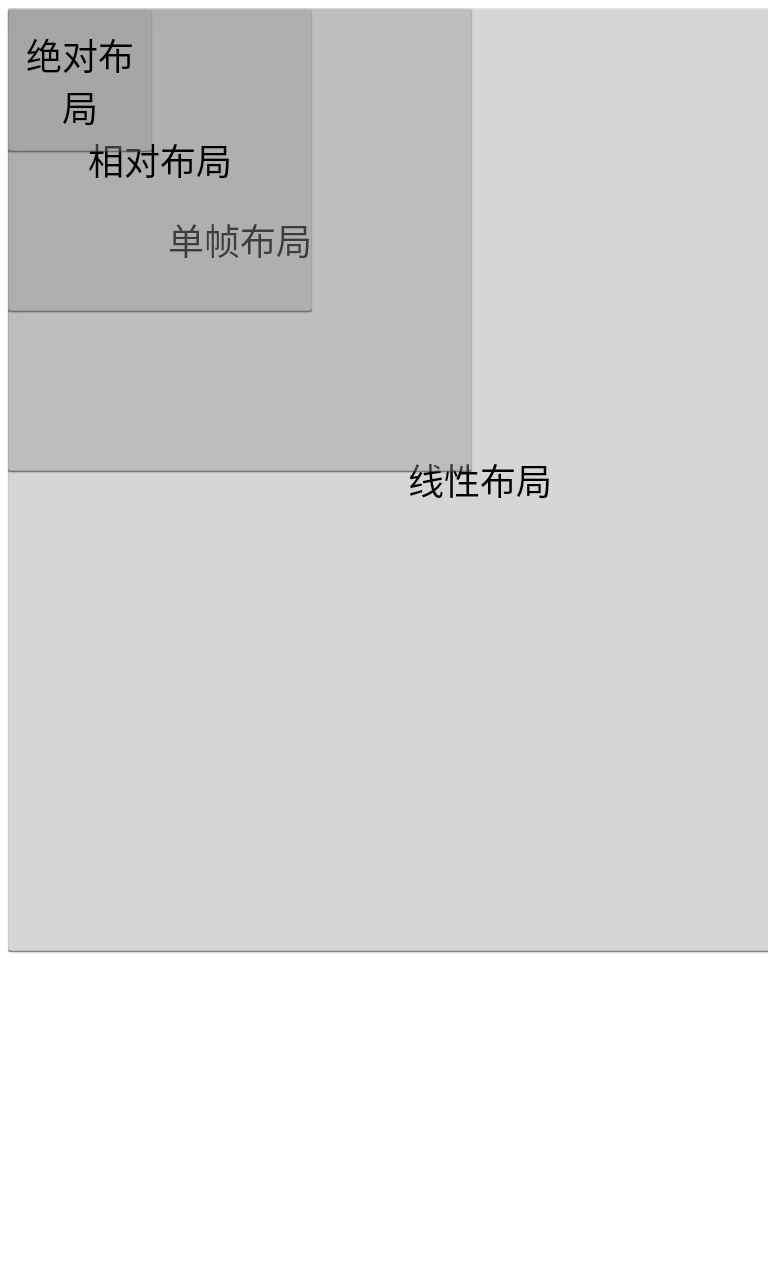
Repository: treizeor/android-examples
Layout: Ch003Layouts/res/layout/framelayout_main.xml
These files come from the project's save history. The layout is drawn as it stood at one moment and after the next save; the edit follows.
It is drawn on a 768 x 1280 px phone screen (xhdpi) without system bars, with theme AppTheme; the app's code is not run.

Above is the layout before, as saved 2014-06-02 02:55:28.

### Ch003Layouts/res/layout/framelayout_main.xml
<?xml version="1.0" encoding="utf-8"?>
<FrameLayout xmlns:android="http://schemas.android.com/apk/res/android"
    android:layout_width="match_parent"
    android:layout_height="match_parent" >


    <Button
        android:id="@+id/linear"
        android:layout_width="480dp"
        android:layout_height="480dp"
        android:text="@string/linear" />

    <Button
        android:id="@+id/frame"
        android:layout_width="240dp"
        android:layout_height="240dp"
        android:text="@string/frame" />

    <Button
        android:id="@+id/relative"
        android:layout_width="160dp"
        android:layout_height="160dp"
        android:text="@string/relative" />

    <Button
        android:id="@+id/abs"
        android:layout_width="80dp"
        android:layout_height="80dp"
        android:text="@string/abs" />

</FrameLayout>

### Ch003Layouts/res/values/strings.xml
<?xml version="1.0" encoding="utf-8"?>
<resources>

    <string name="app_name">Ch003Layouts</string>
    <string name="hello_world">Hello world!</string>
    <string name="action_settings">Settings</string>
    <string name="linear">线性布局</string>
    <string name="frame">单帧布局</string>
    <string name="relative">相对布局</string>
    <string name="abs">绝对布局</string>

</resources>

Loaded but not shown: Ch003Layouts/res/values/styles.xml (common file); Ch003Layouts/res/values-v11/styles.xml (common file); Ch003Layouts/res/values-v14/styles.xml (common file)

After the next save:
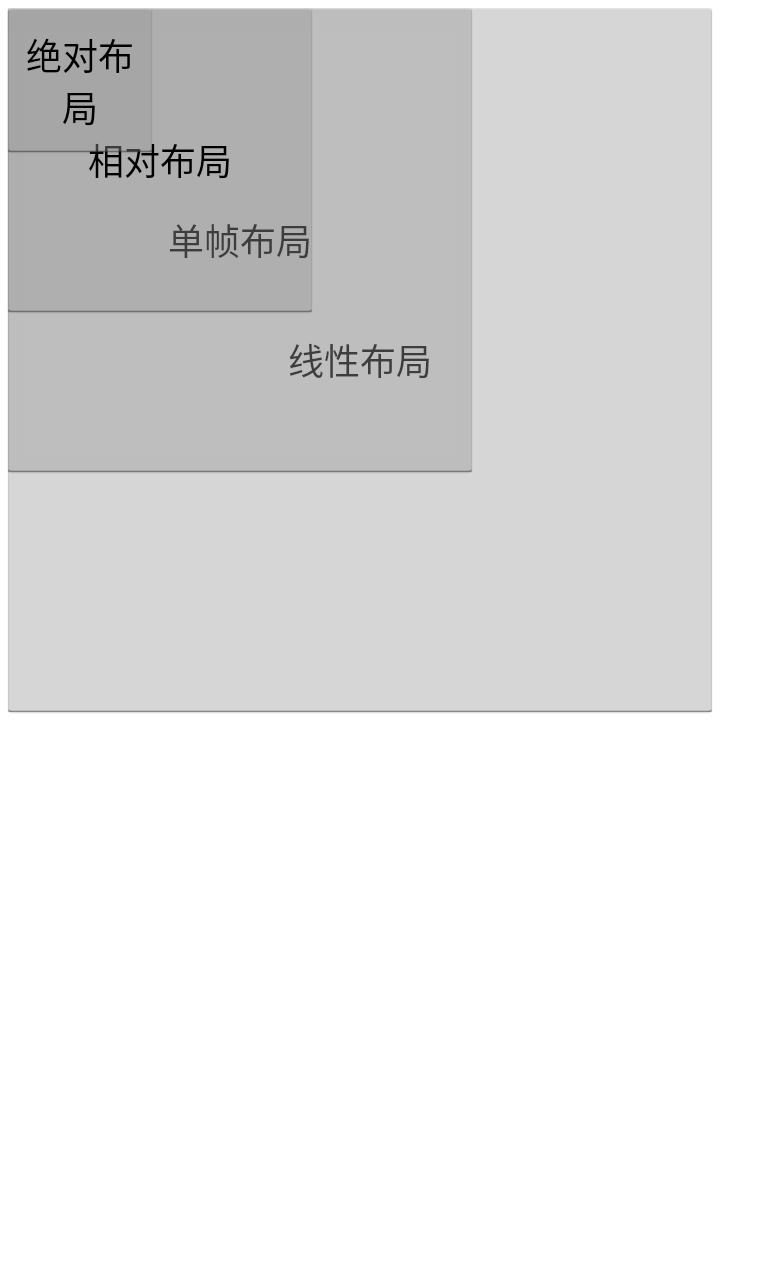
Saved 10 s later.
--- a/Ch003Layouts/res/layout/framelayout_main.xml
+++ b/Ch003Layouts/res/layout/framelayout_main.xml
@@ -6,8 +6,8 @@
 
     <Button
         android:id="@+id/linear"
-        android:layout_width="480dp"
-        android:layout_height="480dp"
+        android:layout_width="360dp"
+        android:layout_height="360dp"
         android:text="@string/linear" />
 
     <Button
